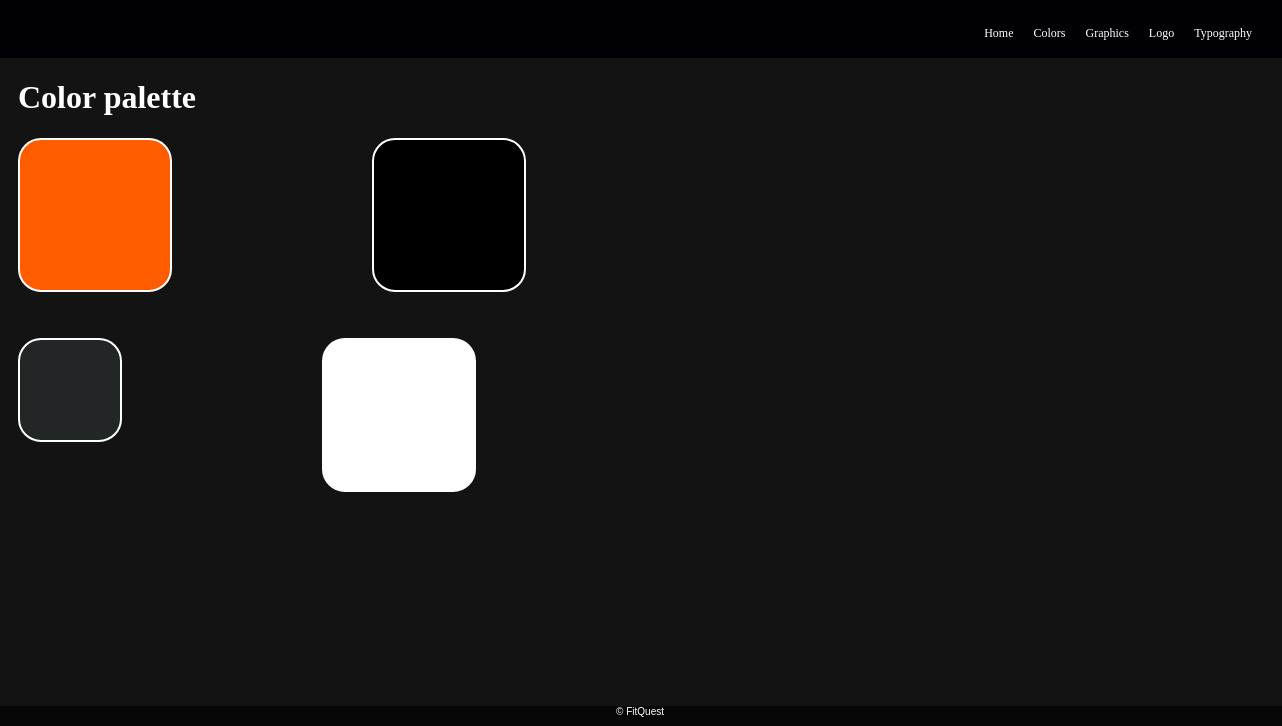
Repository: KyannaKrueger/a5styleguide
Page: /colors
An editor plug-in stored every save of this project. The page is shown before and after the next save, followed by the edit.
The browser window is 1280 px wide. The page is 1282 px wide, so the pictures cover 1282 px, including what lies to the right of the window. The pictures show the whole page.
The project was rebuilt for these pictures with package versions that can differ from the ones it lists, and the page was loaded fresh each time. The framework's server and built-in components were replaced by stand-ins that run in the browser. Also part of the build but not shown: next.config.mjs.

Above is the page before, as saved 2024-04-05 14:16:07.

### pages/colors.js
import styles from "@/styles/colors.module.css";
import Header from "@/components/Header";
import Footer from "@/components/Footer";

export default function Colors() {
    return (
      <>
      <Header/>
        <main className={styles.colors}>
         <h1 className={styles.clrTitle}>Color palette </h1>
         <div className={styles.clrContainer}>
            <div className={styles.sqOne}></div>
            <div className={styles.sqTwo}></div>
            <div className={styles.sqThree}></div>
            <div className={styles.sqFour}></div>
         </div>
        </main>
        <Footer/>
      </>
    );
  }

### styles/colors.module.css
.colors {
    display: flex;
    flex-direction: column;
    align-items: left;
    padding: 6rem;
    min-height: 90vh;
    background-color: #131313;
    color: #fff;
    margin:-10px;
    padding: 0px;
    font-family: SF pro;
    position: relative;
  }

  .clrTitle{
    margin-left: 20px;
  }

  .clrContainer {
    display: flex;
    width: 600px;
    height: 400px;
    flex-wrap: wrap;
  }

  .sqOne {
    background-color: #ff5c00;
    width: 150px;
    height: 150px;
    border: 2px solid white;
    border-radius: 23px;
    margin-left: 20px;
    margin-right: 200px;
  }
  .sqTwo {
    background-color: #000;
    border: 2px solid white;
    width: 150px;
    height: 150px;
    border-radius: 23px;
  }
  .sqThree {
    background-color: #232627;
    border: 2px solid white;
    width: 100px;
    height: 100px;
    border-radius: 23px;
    margin-left: 20px;
    margin-right: 200px;
  }
  .sqFour {
    background-color: #fff;
    border: 2px solid white;
    width: 150px;
    height: 150px;
    border-radius: 23px;
  }

### components/Header/index.js
import styles from './header.module.css';
import Link from 'next/link';

export default function Header() {
  return (
    <>
      <main className={styles.header}>
      <nav>
        <ul className={styles.navBar}>
            <li className={styles.navItem}><Link href="/" className={styles.headLink}>Home</Link></li>
            <li className={styles.navItem}><Link href="/colors" className={styles.headLink}>Colors</Link></li>
            <li className={styles.navItem}><Link href="/graphics" className={styles.headLink}>Graphics</Link></li>
            <li className={styles.navItem}><Link href="/logo" className={styles.headLink}>Logo</Link></li>
            <li className={styles.navItem}><Link href="/typography" className={styles.headLink}>Typography</Link></li>
        </ul>
    </nav>
      </main>
    </>
  );
}

### components/Footer/index.js
import styles from './footer.module.css';

export default function Footer() {
  return (
    <>
      <main className={styles.footer}>
      <p className={styles.rights}>© FitQuest</p>
      </main>
    </>
  );
}

### components/Header/header.module.css
.header {
        background-color: #000005;
        color:aliceblue;
        font-family: 'Lucida Sans', 'Lucida Sans Regular', 'Lucida Grande', 'Lucida Sans Unicode', Geneva, Verdana, sans-serif;
        font-size: 12px;
        height: 70px;
        display: flex;
        justify-content: flex-end;
        align-items: center;
        margin:-10px;
}

.navBar {
        list-style-type: none;
        display: flex;
        justify-content: center;
        margin: 20px;
}

.navItem {
        padding: 10px;
}

.headLink {
        color:#fff;
        text-decoration: none;
        font-family: SF pro;
}

.headLink:hover {
        color:#FF5C00;
        text-decoration: none;
}

### components/Footer/footer.module.css
.footer {
  background-color: #070707;
  height: 30px;
  display: flex;
  justify-content: flex-start;
  flex-direction: row;
  align-items: center;
  margin:-10px;
  }

.rights {
  color: #fff;
  font-size: 10px;
  font-family: Arial, Helvetica, sans-serif;
  margin: auto;
}

Loaded but not shown: pages/_app.js (common file); pages/_document.js (common file); styles/globals.css (common file)

After the next save:
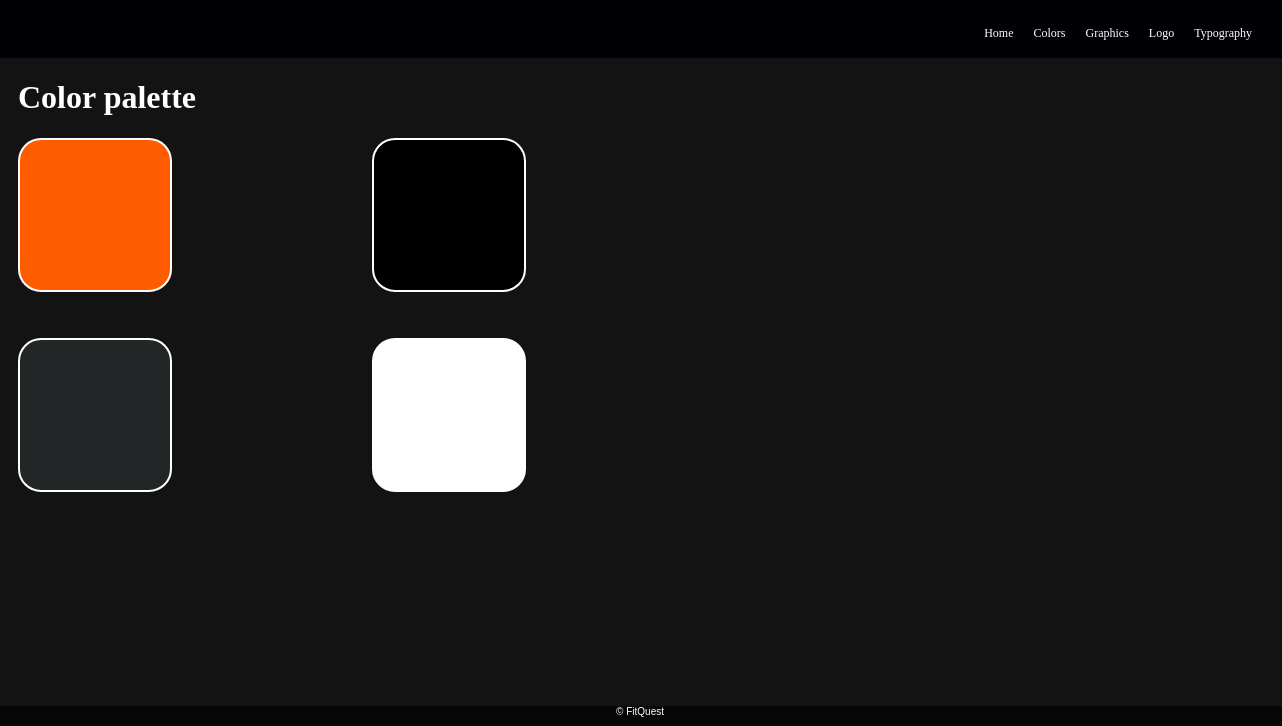
Saved 7 s later.
--- a/styles/colors.module.css
+++ b/styles/colors.module.css
@@ -42,8 +42,8 @@
   .sqThree {
     background-color: #232627;
     border: 2px solid white;
-    width: 100px;
-    height: 100px;
+    width: 150px;
+    height: 150px;
     border-radius: 23px;
     margin-left: 20px;
     margin-right: 200px;
